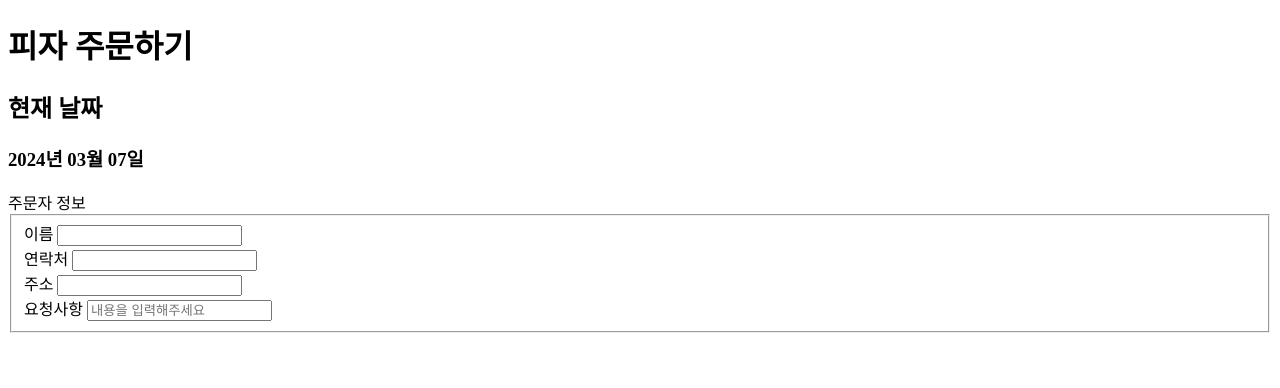
Repository: smjae96/Backup
Page: http://localhost/2_JSP/views/pizza/orderForm.jsp
An editor plug-in stored every save of this project. The page is shown before and after the next save, followed by the edit.
The browser window is 1280 px wide. The pictures show the whole page.
The page is served by Tomcat 9.

Above is the page before, as saved 2024-03-08 01:32:41.

### 5_Servlet/2_JSP/src/main/webapp/views/pizza/orderForm.jsp
<%@ page language="java" contentType="text/html; charset=UTF-8"
    pageEncoding="UTF-8"%>
<%@ page import="java.util.ArrayList, java.util.Date, java.text.SimpleDateFormat" %>
<!DOCTYPE html>
<html>
<head>
<meta charset="UTF-8">
<title>Pizza Order</title>
</head>
<body>
<h1>피자 주문하기</h1>
<h2>현재 날짜</h2>
<h3><% Date d = new Date();
		SimpleDateFormat sdf = new SimpleDateFormat("yyyy년 MM월 dd일");
		String today = sdf.format(d);
		out.println(today);
	%></h3>
<div>주문자 정보</div>
<form>
	<fieldset>
		<label>이름</label>
		<input type="text">
		<br>
		<label>연락처</label>
		<input type="text">
		<br>
		<label>주소</label>
		<input type="text">
		<br>
		<label>요청사항</label>
		<input type="text" placeholder="내용을 입력해주세요">
	</fieldset>
</form>
</body>
</html>

After the next save:
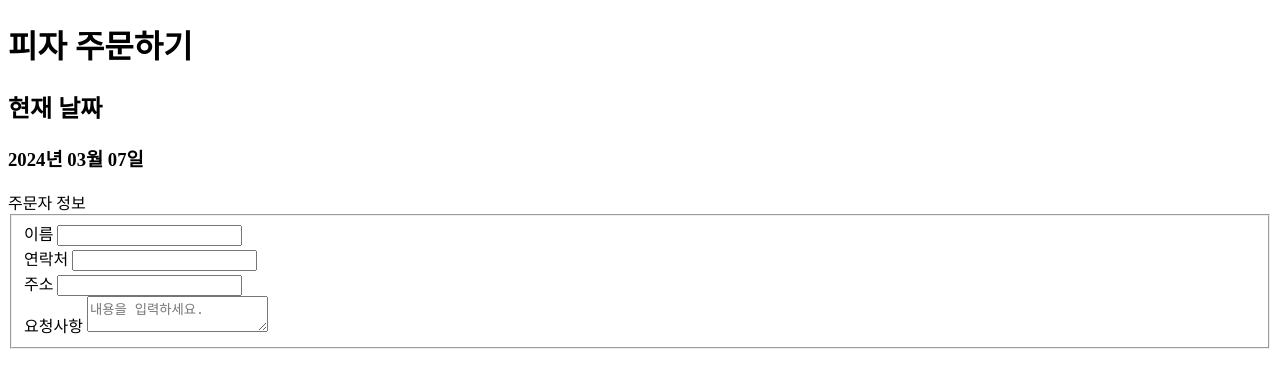
Saved 78 s later.
--- a/5_Servlet/2_JSP/src/main/webapp/views/pizza/orderForm.jsp
+++ b/5_Servlet/2_JSP/src/main/webapp/views/pizza/orderForm.jsp
@@ -28,7 +28,7 @@
 		<input type="text">
 		<br>
 		<label>요청사항</label>
-		<input type="text" placeholder="내용을 입력해주세요">
+		<textarea placeholder="내용을 입력하세요."></textarea>
 	</fieldset>
 </form>
 </body>

After the save that followed:
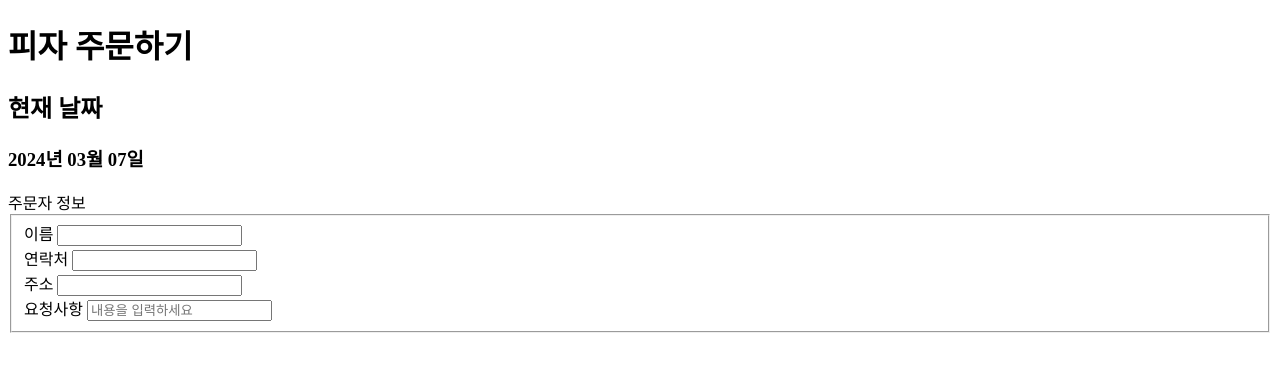
Saved 25 s later.
--- a/5_Servlet/2_JSP/src/main/webapp/views/pizza/orderForm.jsp
+++ b/5_Servlet/2_JSP/src/main/webapp/views/pizza/orderForm.jsp
@@ -28,7 +28,7 @@
 		<input type="text">
 		<br>
 		<label>요청사항</label>
-		<textarea placeholder="내용을 입력하세요."></textarea>
+		<input type="text" placeholder="내용을 입력하세요" >
 	</fieldset>
 </form>
 </body>
